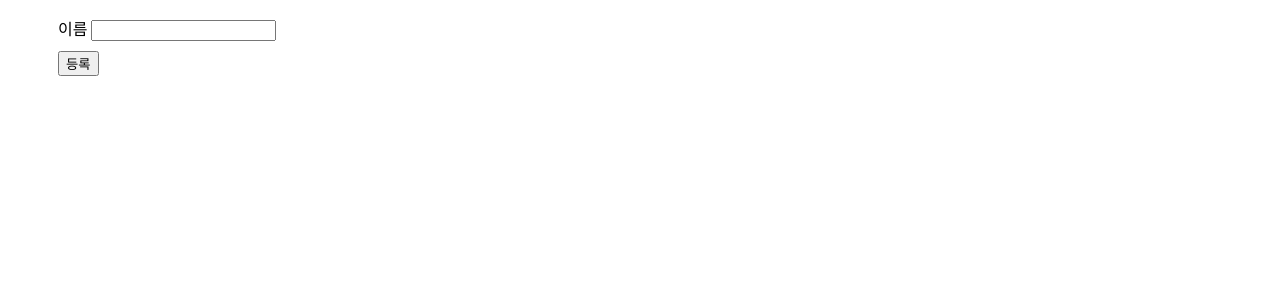
Repository: kiyongee2/kh-jsp
Page: http://localhost/jwbook/validation/regex3.jsp
An editor plug-in stored every save of this project. The page is shown before and after the next save, followed by the edit.
The browser window is 1280 px wide. The pictures show the whole page.
The page is served by Tomcat 9.

Above is the page before, as saved 2023-11-23 22:01:12.

After the next save:
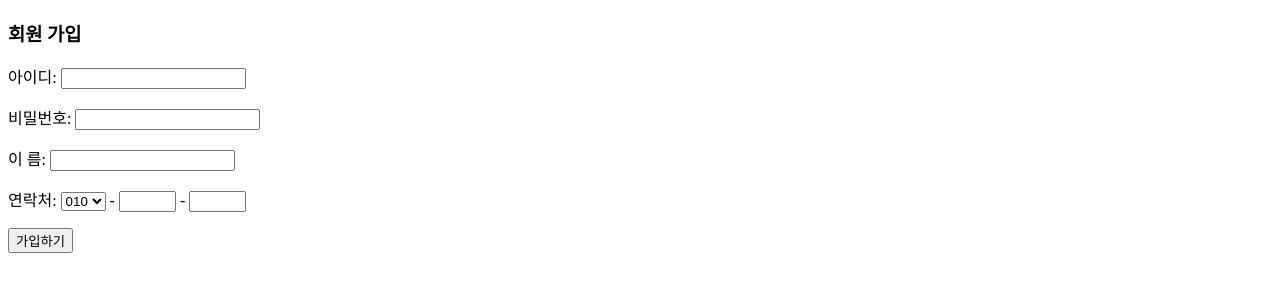
Saved 5 min 55 s later.
--- a/jwbook/src/main/webapp/validation/regex3.jsp
+++ b/jwbook/src/main/webapp/validation/regex3.jsp
@@ -9,32 +9,61 @@
 	ul li{list-style: none; margin: 10px;}
 </style>
 <script type="text/javascript">
-	function checkForm(){
-		let form = document.form1;
+	function checkMember(){
+		//변수 선언
+		let form = document.member;
+		let id = form.id.value;
+		let pw = form.passwd.value;
 		let name = form.name.value;
-		let regex = /^[A-Za-z가-힣]/;
+		let phone = form.phone1.value + "-" + form.phone2.value
+		            + "-" + form.phone3.value;
 
-		if(!regex.test(name)){
-			alert("이름은 숫자로 시작할 수 없습니다.");
-			document.form1.name.select();
+		//정규 표현식 선언
+		let regExpId = /^[a-zA-Z가-힣]/;  //문자로 시작
+		let regExpPasswd = /^[0-9]+$/;   //숫자만
+		let regExpName = /^[가-힣]+$/     //한글만
+		let regExpPhone = /\d{3}-\d{3,4}-\d{4}/  //전화번호
+
+		//유효성 검사
+		if(!regExpId.test(id)){
+			alert("아이디는 문자로 시작해주세요");
+			form.id.select();
 			return false;
-		}else{
-			form.submit();
 		}
+		if(pw == "" || !regExpPasswd.test(pw)){
+			alert("비밀번호는 숫자만 입력해주세요");
+			form.passwd.select();
+			return false;
+		}
+		if(name == "" || !regExpName.test(name)){
+			alert("이름은 한글만 입력해주세요");
+			form.name.select();
+			return false;
+		}
+		if(!regExpPhone.test(phone)){
+			alert("연락처 입력을 확인해주세요");
+			form.phone.select();
+			return false;
+		}
+		form.submit();
 	}
 </script>
 </head>
 <body>
-	<form action="" method="post" name="form1">
-		<ul>
-			<li>
-				<label for="name">이름</label>
-				<input type="text" name="name" id="name">
-			</li>
-			<li>
-				<input type="button" value="등록" onclick="checkForm()">
-			</li>
-		</ul>
+	<h3>회원 가입</h3>
+	<form action="validation_process.jsp" method="post" name="member">
+		<p>아이디: <input type="text" name="id">
+		<p>비밀번호: <input type="password" name="passwd">
+		<p>이 름: <input type="text" name="name">
+		<p>연락처: <select name="phone1">
+				   <option value="010">010</option>
+				   <option value="02">02</option>
+				   <option value="031">031</option>
+				   <option value="041">041</option>
+				 </select>
+				 - <input type="text" maxlength="4" size=4 name="phone2">
+				 - <input type="text" maxlength="4" size=4 name="phone3">
+		<p><button type="button" onclick="checkMember()">가입하기</button>
 	</form>
 </body>
 </html>
